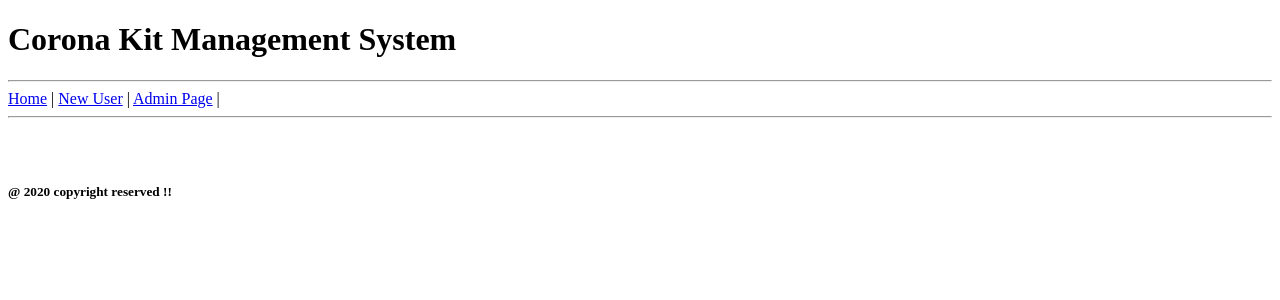
Repository: smithaApatil/SBA1_Final
Page: http://localhost/CovidKitMgmtSystem/
An editor plug-in stored every save of this project. The page is shown before and after the next save, followed by the edit.
The browser window is 1280 px wide. The pictures show the whole page.
The page is served by Tomcat 9.

Above is the page before, as saved 2020-11-08 19:18:03.

After the next save:
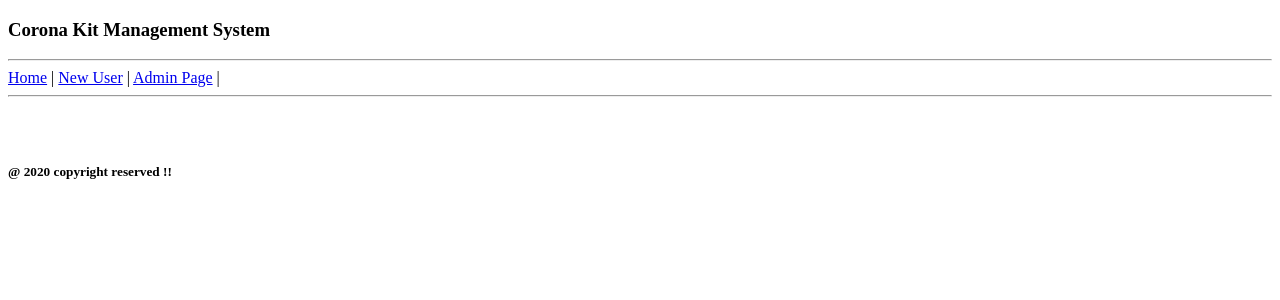
Saved 14 s later.
--- a/CovidKitMgmtSystem/WebContent/header.jsp
+++ b/CovidKitMgmtSystem/WebContent/header.jsp
@@ -1,5 +1,5 @@
 <header>
-	<h1>Corona Kit Management System</h1>
+	<h3>Corona Kit Management System</h3>
 	<hr />
 		<nav>
 			<a href="index.jsp">Home</a>
